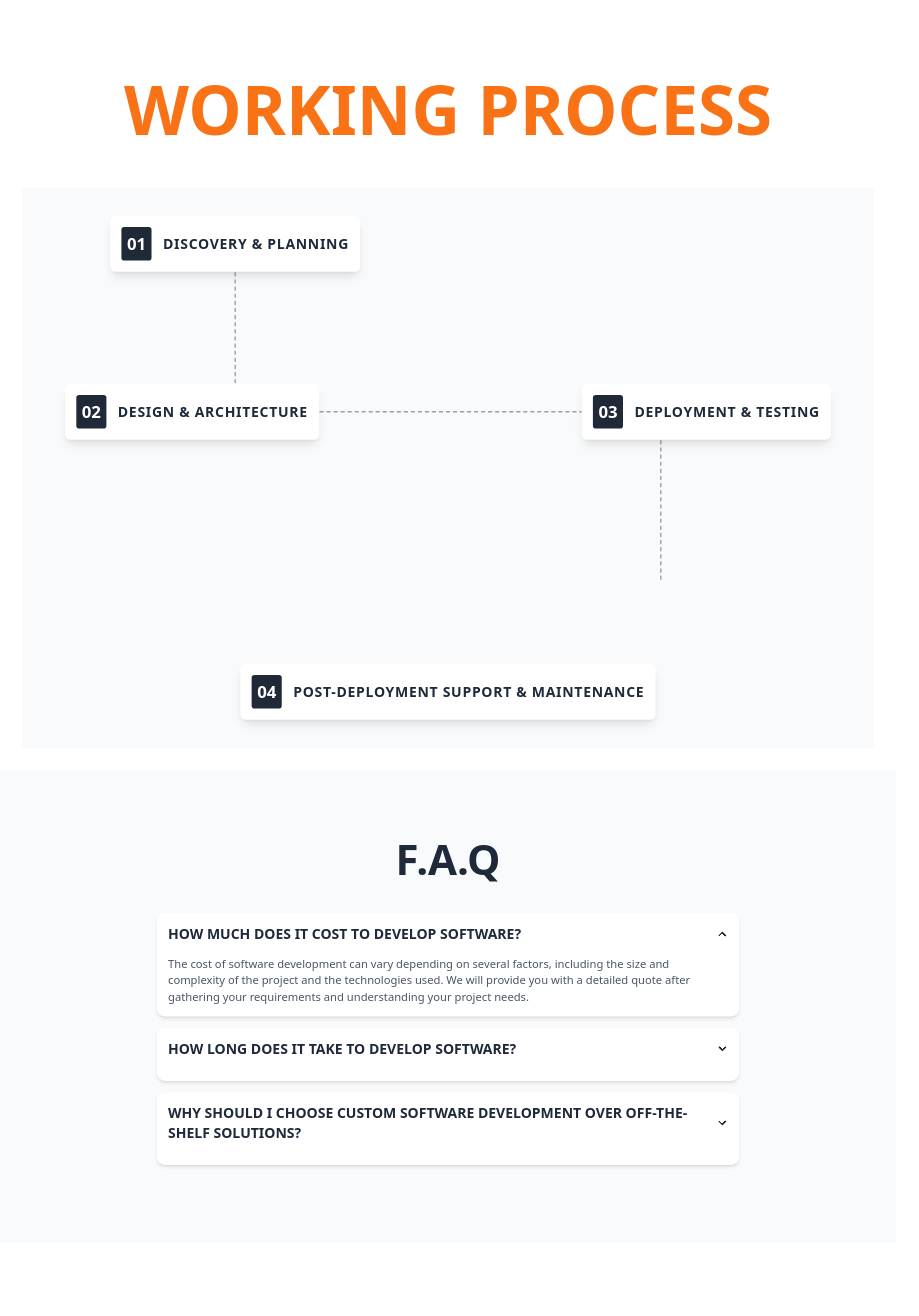
Repository: mdmuhibullahhabib/weboria
Page: /services
These files come from the project's save history. The page is drawn as it stood at one moment and after the next save; the edit follows.
The browser window is 1280 px wide. The page is 1313 px wide, so the pictures cover 1313 px, including what lies to the right of the window. The pictures show the part of the page from y = 4515 to 6395 px (the page is 7582 px tall), at 70% of full size.
The project was rebuilt for these pictures with package versions that can differ from the ones it lists, and the page was loaded fresh each time. The framework's server and built-in components were replaced by stand-ins that run in the browser. Also part of the build but not shown: next.config.mjs.

Above is the page before, as saved 2025-10-05 18:08:50.

After the next save:
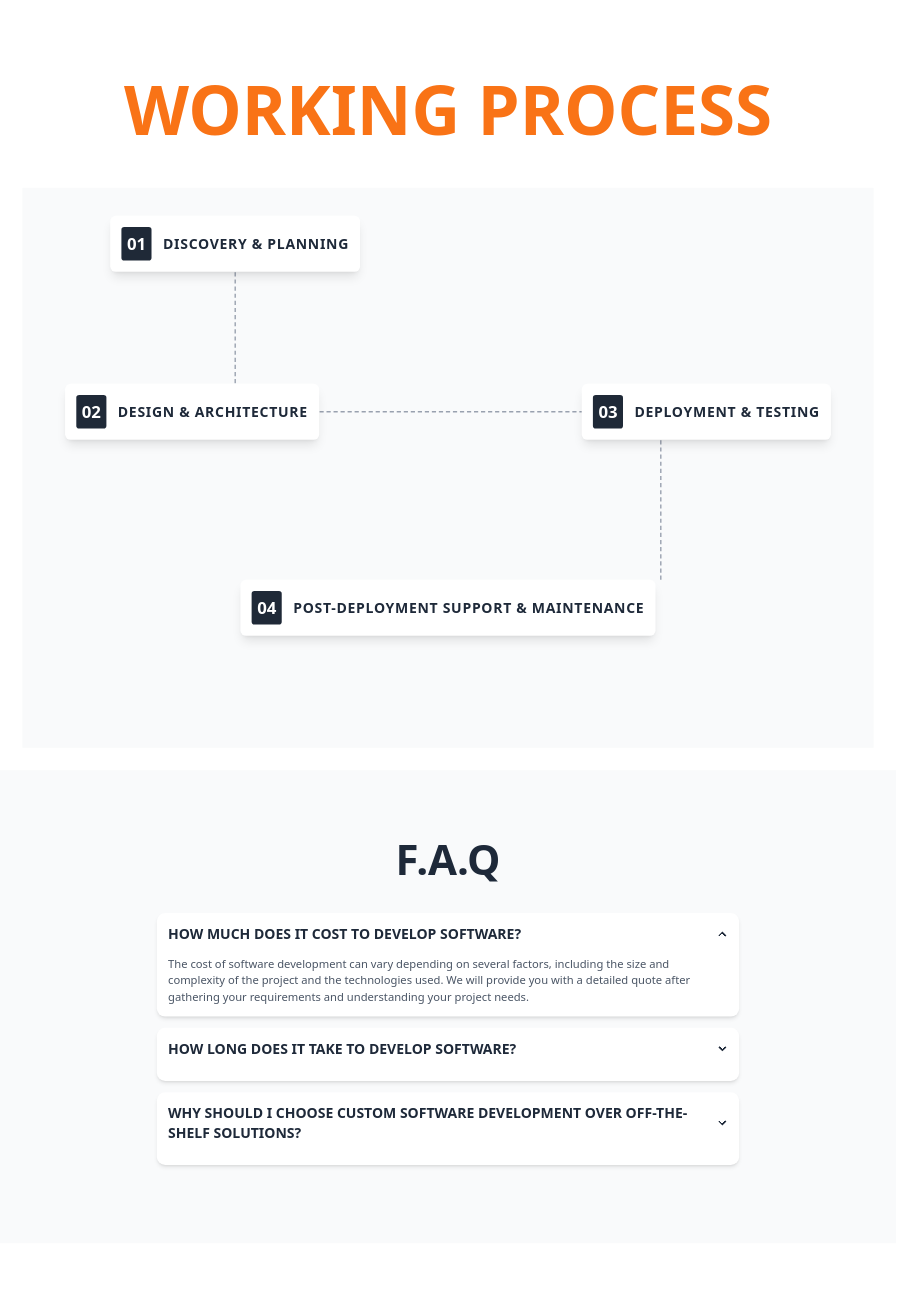
Saved 44 s later.
--- a/src/app/services/page.jsx
+++ b/src/app/services/page.jsx
@@ -303,7 +303,7 @@ const HeroSection = () => {
             <div className="absolute" style={{ top: '35%', right: '5%', transform: 'translateX(0%)' }}>
               <StepBox step={processSteps[2]} />
             </div>
-            <div className="absolute" style={{ bottom: '5%', left: '50%', transform: 'translateX(-50%)' }}>
+            <div className="absolute" style={{ bottom: '20%', left: '50%', transform: 'translateX(-50%)' }}>
               <StepBox step={processSteps[3]} />
             </div>
 
